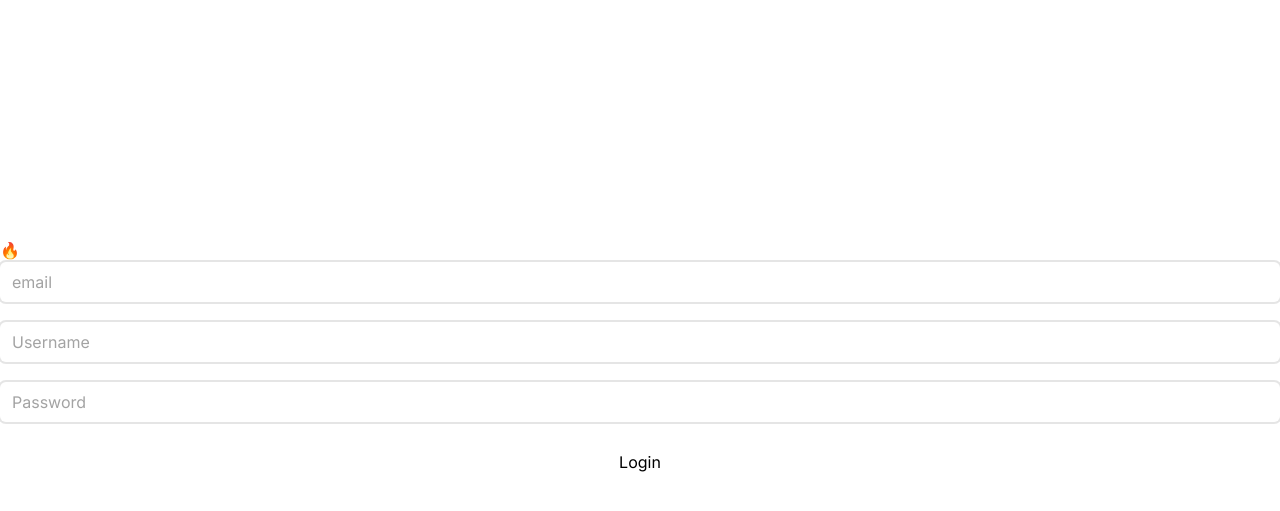
Repository: ParkSeokgyu/tweets
Page: /login
These files come from the project's save history. The page is drawn as it stood at one moment and after the next save; the edit follows.
The browser window is 1280 px wide. The pictures show the whole page.
The project was rebuilt for these pictures with package versions that can differ from the ones it lists, and the page was loaded fresh each time. The framework's server and built-in components were replaced by stand-ins that run in the browser. Also part of the build but not shown: next.config.mjs.

Above is the page before, as saved 2024-08-14 11:07:00.

After the next save:
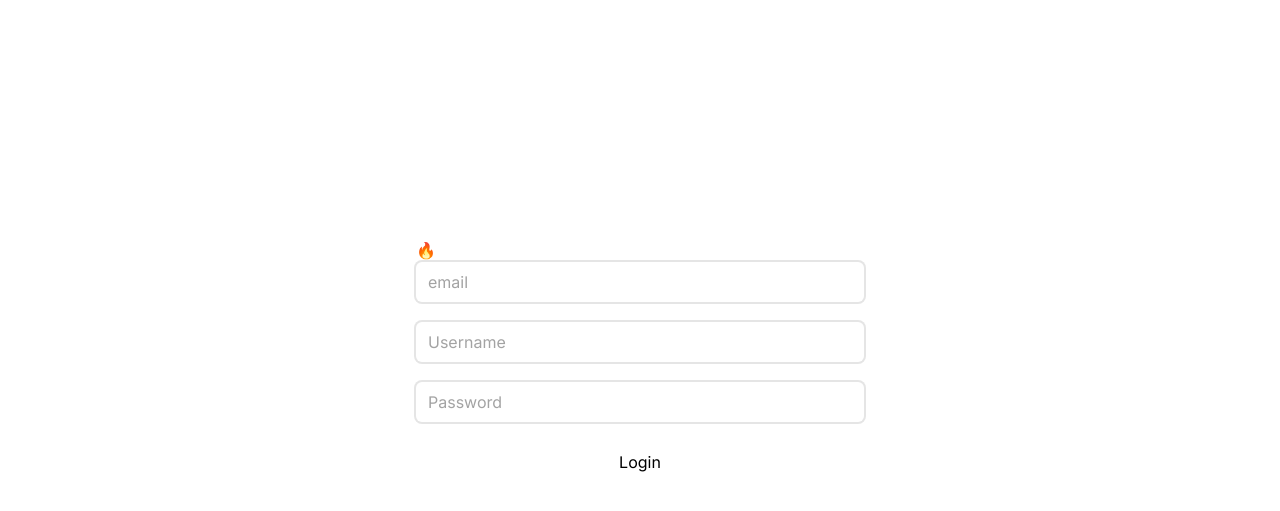
Saved 7 s later.
--- a/app/login/page.tsx
+++ b/app/login/page.tsx
@@ -6,7 +6,7 @@ import Input from "@/components/input"
 export default function Login() {
   return (
     <div className="min-h-screen flex items-center justify-center flex-col gap-5">
-      <div className="w-full">
+      <div className="w-full max-w-md ">
         <div>
           <h1>🔥</h1>
         </div>
